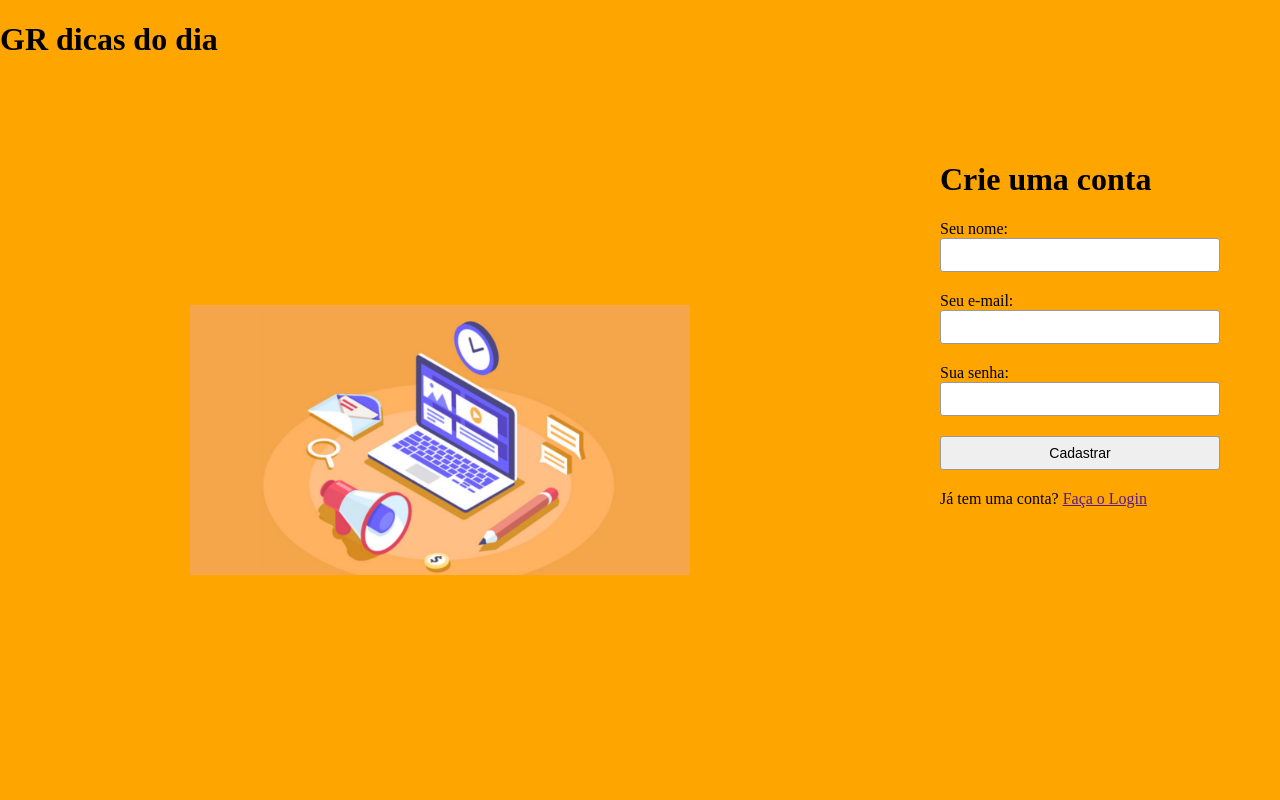
Repository: rafavirginio/tela-de-login
Page: index.html
These files come from the project's save history. The page is drawn as it stood at one moment and after the next save; the edit follows.
The browser window is 1280 px wide. The pictures show the whole page.

Above is the page before, as saved 2020-09-15 18:07:56.

After the next save:
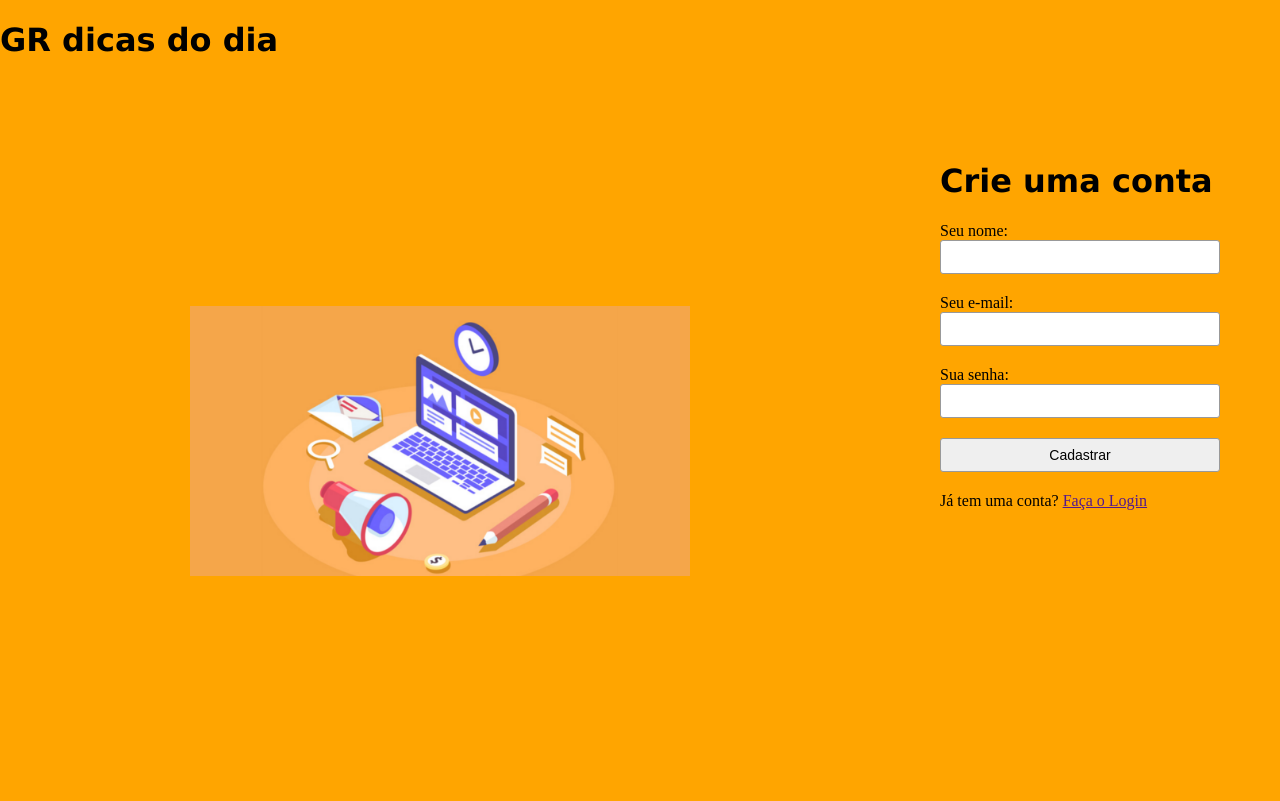
Saved 2 min 15 s later.
--- a/style.css
+++ b/style.css
@@ -1,5 +1,9 @@
 * {
     box-sizing: border-box;
+}
+
+h1 {
+    font-family: 'Lucida Sans', 'Lucida Sans Regular', 'Lucida Grande', 'Lucida Sans Unicode', Geneva, Verdana, sans-serif;
 }
 
 body {
